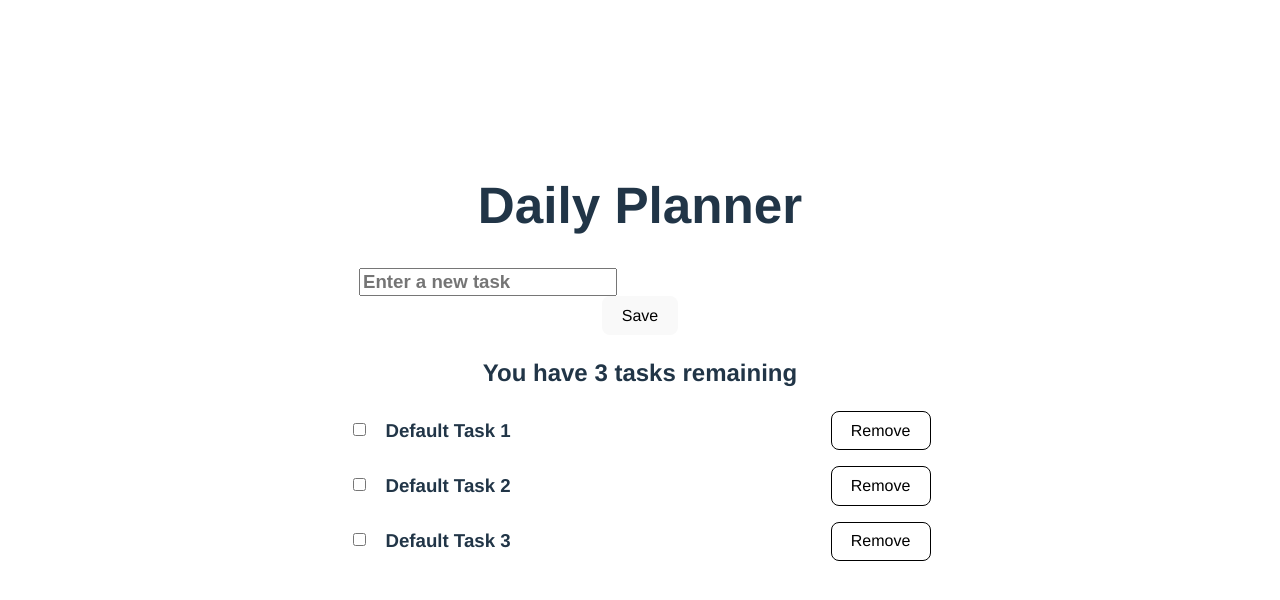
Repository: MonicaNguyenH/Frontend_Assignment6
Page: / (app in react/)
An editor plug-in stored every save of this project. The page is shown before and after the next save, followed by the edit.
The browser window is 1280 px wide. The pictures show the whole page.
The project was rebuilt for these pictures with package versions that can differ from the ones it lists, and the page was loaded fresh each time. Also part of the build but not shown: react/vite.config.js.

Above is the page before, as saved 2024-10-11 00:34:56.

After the next save:
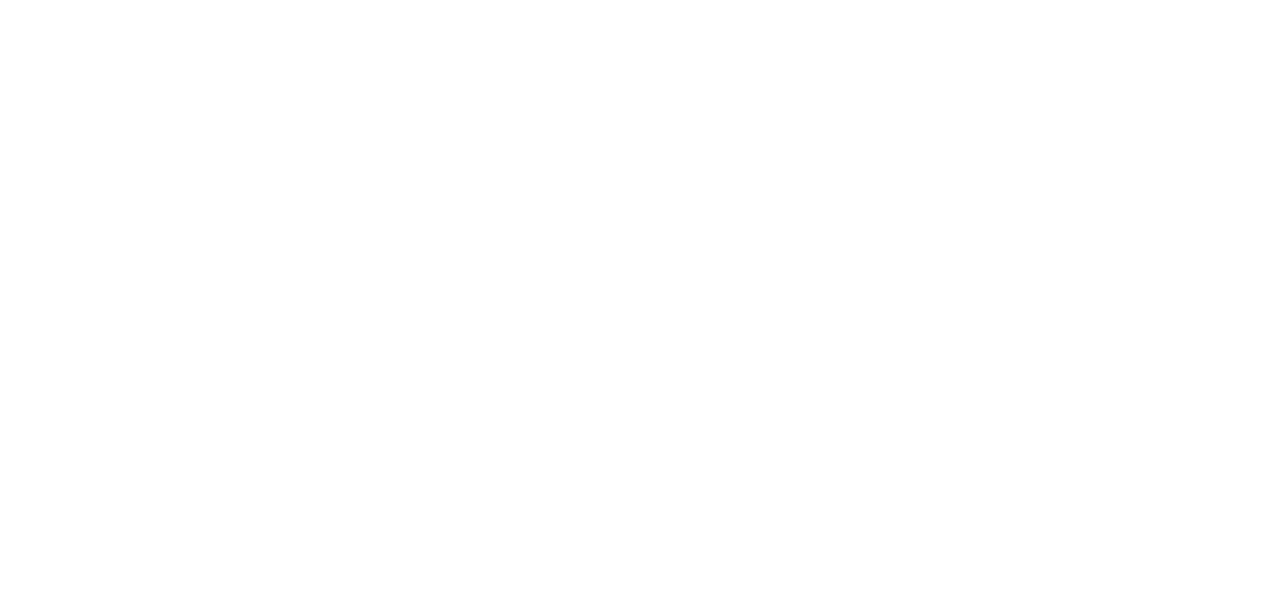
Console error: ReferenceError: tasks is not defined
Saved 97 s later.
--- a/react/src/App.jsx
+++ b/react/src/App.jsx
@@ -23,7 +23,7 @@
   };
 
   // count remaining task
-  const remainingTask = task.filter(task => !task.completed).length;
+  const remainingTasks = tasks.filter(task => !task.completed).length;
 
   return (
     <>

After the 2 saves that followed:
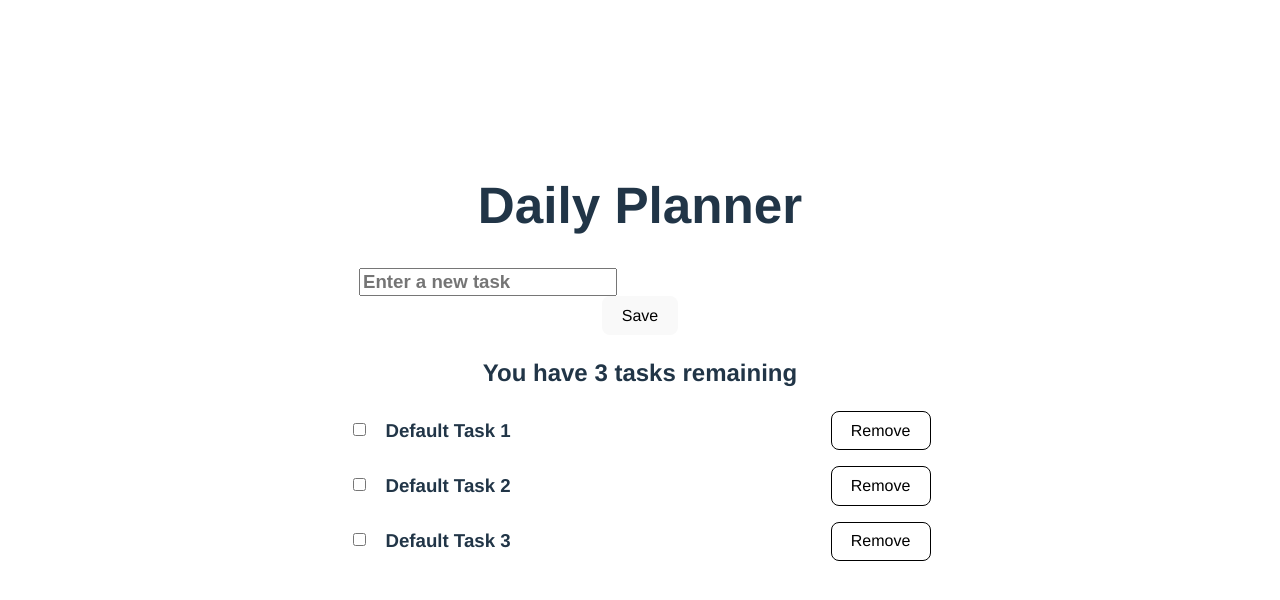
The error is gone.
The 2 saves are shown as one change because 1 left the picture as it was.
The last was saved 41 s later.
--- a/react/src/App.jsx
+++ b/react/src/App.jsx
@@ -23,7 +23,7 @@
   };
 
   // count remaining task
-  const remainingTasks = tasks.filter(task => !task.completed).length;
+  const remainingTask = task.filter(task => !task.completed).length;
 
   return (
     <>
@@ -35,7 +35,7 @@
           {task.map((task) => (
             <Task
               key={task.id}
-              id={task.id}
+
               name={task.name}
               completed={task.completed}
               toggleComplete={toggleComplete}
